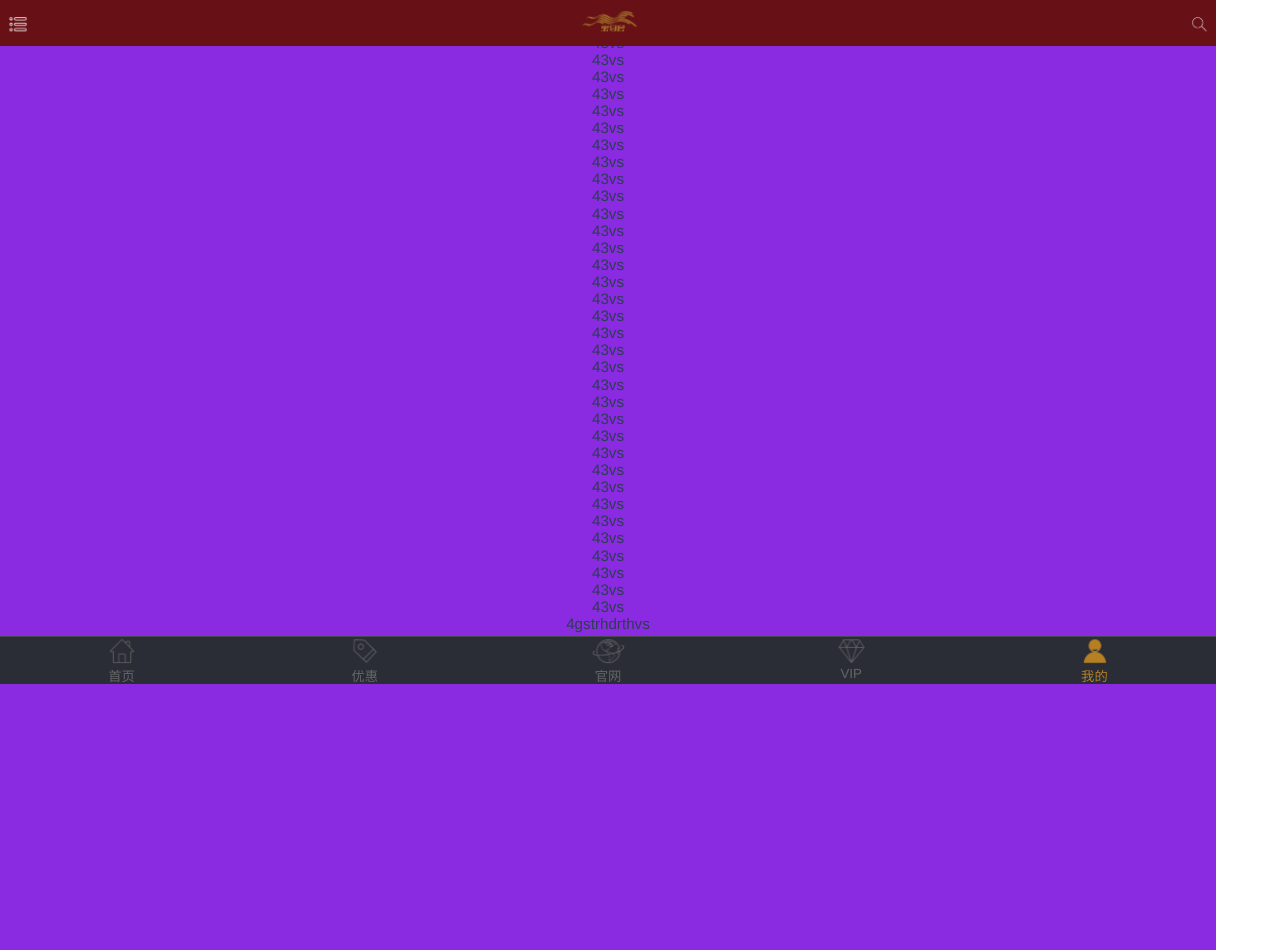
Repository: ada6688/IntegralMall
Page: /Member
The author's editor kept a copy of each file at every save. The page is drawn from the files as they stood at one save, then again after the next save.
The browser window is 1280 px wide. The page is 1280 px wide, then 1331 px, so the pictures cover 1331 px, including what lies to the right of the window. The pictures show the whole page, at 95% of full size.
The project was rebuilt for these pictures with package versions that can differ from the ones it lists, and the page was loaded fresh each time. Also part of the build but not shown: src/components/page/notice.vue, src/components/page/shouye.vue, src/components/page/Vip.vue, src/components/page/Youhui.vue, src/router/index.js.

Above is the page before, as saved 2020-01-04 19:22:50.

### index.html
<!DOCTYPE html>
<html>
  <head>
    <meta charset="utf-8">
    <meta name="viewport" content="width=device-width,initial-scale=1.0">
    <title>integralmall</title>
  </head>
  <body>
    <div id="app"></div>
    <!-- built files will be auto injected -->
  </body>
</html>

### src/main.js
// The Vue build version to load with the `import` command
// (runtime-only or standalone) has been set in webpack.base.conf with an alias.
import Vue from 'vue'
import App from './App'
import router from './router'
import ElementUI from 'element-ui'
import 'element-ui/lib/theme-chalk/index.css'
import {Cell, CellGroup, Tabbar, TabbarItem, PullRefresh, Stepper, Tab, Tabs, Button, Row, Col, Swipe, SwipeItem, Lazyload, List, Field, NavBar} from 'vant'
import '../src/assets/css/common.css'
import '../src/assets/css/index.css'
import 'swiper/dist/css/swiper.css'
import VueAwesomeSwiper from 'vue-awesome-swiper'
// import BScroll from 'better-scroll'

// Vue.use(BScroll)
Vue.use(VueAwesomeSwiper)
Vue.use(ElementUI)
Vue.use(Cell).use(CellGroup).use(Tabbar).use(TabbarItem).use(Stepper).use(PullRefresh).use(Tab).use(Tabs).use(Field).use(NavBar).use(Button).use(Row).use(Col).use(Swipe).use(SwipeItem).use(Lazyload).use(List)

Vue.config.productionTip = false

/* eslint-disable no-new */
new Vue({
  el: '#app',
  router,
  components: {
    App
  },
  template: '<App/>'
})
router.beforeEach((to, from, next) => {
  let str = '<p>个人中心</p>'
  if (to.meta.title) {
    document.getElementById('top-logo-change').innerHTML = to.meta.title
    if (to.meta.title === str) {
      document.getElementById('top-nav-right').innerHTML = '<img src="/static/topnav/kf.png" alt="搜索">'
    } else {
      document.getElementById('top-nav-right').innerHTML = '<img src="/static/topnav/ss.png" alt="搜索">'
    }
    // document.title = to.meta.title
  }
  next()
})

### src/App.vue
<template>
  <div id="app">
    <TopNav></TopNav>
    <router-view/>
    <BottomNav></BottomNav>
  </div>
</template>

<script>
import BottomNav from '@/components/common/Bottomnav'
import TopNav from '@/components/common/Topnav'
export default {
  name: 'App',
  components: {
    BottomNav,
    TopNav
  }
}
</script>

<style>
#app {
  font-family: 'Avenir', Helvetica, Arial, sans-serif;
  -webkit-font-smoothing: antialiased;
  -moz-osx-font-smoothing: grayscale;
  text-align: center;
  color: #2c3e50;
  background: #151515;
  height: 100vh;
}
</style>

### src/assets/css/common.css
body,p,ul{
  margin: 0;
  padding: 0;
}
li{
  list-style: none;
}
/* 顶部栏 */
.top-nav{
  width: 100%;
  height: 3rem;
  line-height: 3.5rem;
  background-color: #671116;
  position: fixed;
  top: 0;
  z-index: 99;
}
.top-nav-logo{
  color: #B58024;
}
.top-nav > div{
  display: inline-block;
  height: 100%;
}
.top-nav-left{
  float: left;
  margin-left: 10px;
}
.top-nav-right{
  float: right;
  margin-right: 10px;
}
.banner-item > img{
  width: 100%;
}
.swiper-container{
  height: 7.28rem;
}
.top-nav-t{
  color: #B58024;
}
/* 每个一级页面共有class */
.main-wrap{
  margin-top: 3rem;
  margin-bottom: 3.125rem;
  background: #151515;
}
/* 公告 */
.Notice-sign{
  width: 2rem;
  height: 100%;
  background: url('../images/topnav/lb.png') center no-repeat;
  float: left;
  box-shadow: 1px 0px 5px rgba(0,0,0,0.8);
}
.Notice-textBox {
  width: 100%;
  height: 1.3rem;
  line-height: 1.3rem;
  font-size: .5rem;
  color: #999999;
  background: #2A2D36;
  overflow: hidden;
  position: relative;
  text-align: left;
  z-index: 9;
}
.Notice-text {
  width: 100%;
  padding-left: 42px;
  position: absolute;
  bottom: 0;
}
.slide-enter-active, .slide-leave-active {
  transition: all 0.5s linear;
}
.slide-enter{
  transform: translateY(20px) scale(1);
  opacity: 1;
}
.slide-leave-to {
  transform: translateY(-20px) scale(0.8);
  opacity: 0;
}
/* 底部导航 */
.bottom-tab{
  width:100%;
  height:3.125rem;
  background-color:#2A2D36;
  border-top: 1px solid #656666;
  position: fixed;
  left:0px;
  bottom:0px;
}
.tab-item{
  width: 20%;
  float: left;
  align-items:center;
  justify-content:center;
  font-size:14px;
  color:#666;
  z-index: 999;
}
.NavSigh{
    width:33px;
    margin-top:3px;
}
.on{
  color:#b58023;
}

### src/assets/css/index.css
/****************** 首页商品 *****************/
.products-item{
  width: 46.9%;
  height: 100px;
  padding-right: 2.9%;
  border-right: 1px solid #161616;
  border-bottom: 1px solid #161616;
  background: #292C35;
  float: left;
}
.products-item-even{
  width: 46.9%;
  height: 100px;
  border-bottom: 1px solid #161616;
  background: #292C35;
  padding-left: 2.9%;
  float: left;
}
.product-item-text{
  width: 50%;
  height: 70px;
  color: #ffffff;
  margin-top: 15px;
  float: left;
  text-align: left;
}
.product-item-text p{
  height: 43px;
  font-size: 15px;
  margin-bottom: 5px;
  display: -webkit-box;/*作为弹性伸缩盒子模型显示*/
  -webkit-line-clamp: 2; /*显示的行数；如果要设置2行加...则设置为2*/
  overflow: hidden; /*超出的文本隐藏*/
  text-overflow: ellipsis; /* 溢出用省略号*/
  -webkit-box-orient: vertical;
}
.product-item-text span{
  color: #B58024;
  font-size: 13px;
}
.product-item-img{
  width: 12%;
  height: 100px;
  display: table-cell;
  vertical-align: middle;
  /* float: left; */
}
.product-item-img img{
  max-width: 100%;
}
/******************* 优惠 *******************/
.yh-wrap div{
  padding: 1rem 1rem 0 1rem;
}
.yh-wrap img{
  width: 100%;
}
/******************* VIP *******************/
.level-welfare-wrap, .level-require-wrap{
  padding-bottom: 20px;
}
.VipTop-level-sign{
  display: inline-block;
}
.VipTop-level-text{
  position: absolute;
  bottom: -5px;
}
.vip-level-wrap ul li{
  float: left;
  width: 33.33%;
  height: 79px;
}
.vip-level-wrap ul div{
  width: 34px;
  height: 34px;
  border: 1px solid #CCCCCC;
  border-radius: 17px;
  margin-bottom: 9px;
  display: inline-block;
  vertical-align: middle;
}
.vip-level-wrap ul img{
  margin-top: 7px;
}
.vip-level-wrap ul li>p{
  color: #CCCCCC;
  font-size: 13px;
}
.Vip-level-T{
  color: #ffffff;
  font-size: 16px;
  font-weight: bold;
  text-align: left;
  padding: 15px 0 10px 17px;
  background: #2A2C35;
}
.Vip-level-tips{
  color: #F5BF1B;
  font-size: 13px;
  text-align: left;
  padding: 15px 20px 10px 17px;
  background: #2A2C35;
}
.level-rules-wrap{
  color: #CCCCCC;
  font-size: 12px;
  background: #2A2C35;
  text-align: left;
  padding: 15px 17px 16px 17px;
  margin-bottom: 50px;
}
.level-rules-wrap span{
  font-size: 16px;
  color: #ffffff;
  display: inline-block;
  margin-bottom: 9px;
}
.level-rules-wrap p{
  line-height: 24px;
  /* margin-top: 5px; */
}
.level-rules-wrap p:last-child{
  margin-bottom: 10px;
}
/******************* 个人中心 *******************/
.d{
  height: 1000px;
  width: 100%;
  background-color: blueviolet;
}
.member-half-circle{
  width: 111%;
  height: 31%;
  border-radius: 50%;
  position: fixed;
  top: -13%;
  background: #661115;
  left: -5.8%;
  z-index: -1;
}
.member-wrap{
  /* width: 100%;
  position: fixed;
  top: 14%; */
}
.member-img > img{
  width: 7vh;
  height: 7vh;
  border-radius: 100%;
  border: 2px solid #CCCCCC;
}
.member-name{
  color: #ffffff;
  font-size: 16px;
  position: relative;
}
.member-name img{
  position: absolute;
  margin-left: 5px;
  bottom: 8px;
}
.member-level-sign{
  margin: 8px 0 10px 0;
}
.member-integral{
  text-align: center;
}
.member-integral-slice{
  display: inline-block;
  color: #666666;
  margin: 0 15px;
}
.member-integral span{
  font-size: 13px;
  color: #ffffff;
}
.member-integral p{
  font-size: 13px;
  color: #666666;
  display: inline-block;
}
.member-total{
  width: 42%;
  display: inline-block;
  text-align: right;
}
.member-useful{
  width: 42%;
  display: inline-block;
  text-align: left;
}
.member-signIn{
  background: #2A2C35;
  padding: 15px 1rem 1rem 1rem;
  margin: 16px 0;
}
.member-signIn-status-1{
  width: 12%;
  text-align: left;
  display: inline-block;
}
.member-signIn-in{
  color: #666666;
  font-size: 12px;
  margin-bottom: 5px;
}
.member-signIn-date{
  color: #999899;
  font-size: 13px;
  margin-top: 5px;
}
.member-signIn-date-active{
  color: #B58024;
  font-size: 13px;
  margin-top: 5px;
}
.el-icon-success{
  color: #34363D;
}
.member-signIn-line{
  width: 84%;
  height: 3px;
  display: inline-block;
  background: #34363D;
  margin: 0 -34px 3px -6px;
}
.member-signIn-icon-active{
  color: #B58024 !important;
}
.member-signIn-active{
  background: #B58024 !important;
}
.member-signIn-tips{
  font-size: 12px;
  text-align-last: justify;
  padding: 0 5%;
  margin-top: 10px;
}
.member-signIn-tips p{
  display: inline-block;
}
.member-signIn-tips p:first-child{
  color: #666666;
}
.member-signIn-tips p:last-child{
  color: #B58024;
}
.member-signIn-button{
  width:200px;
  height:26px;
  line-height: 26px;
  color: #ffffff;
  font-size: 15px;
  margin: 0 auto;
  background:linear-gradient(0deg,rgba(181,128,36,1) 26%,rgba(231,174,75,1) 100%);
  margin-top: 10px;
}
.member-more-detail{
  width: 96%;
  line-height: 44px;
  color: #ffffff;
  background: #2A2C35;
  padding: 0 4%;
}
.member-jifen,.member-duihuan,.member-guanyu,.member-yiwen,.member-guize{
  height: 44px;
  border-bottom: 1px solid #373B45;
}
.member-jifen-T{
  font-size: 14px;
  float: left;
  margin-right: 66%;
}
.el-icon-arrow-right{
  width: 7px;
  height: 7px;
  position: absolute;
  right: 20px;
  margin-top: 12px;
}

### src/components/common/Bottomnav.vue
<template>
  <div class="bottom-tab">
    <div class="tab-item" @click="switchTo('/shouye')">
      <img class="NavSigh" :src="'/shouye' === $route.path ? tabBarImgArr[0].selected : tabBarImgArr[0].normal" alt="首页">
      <p :class="{on: '/shouye' === $route.path}">首页</p>
    </div>
    <div class="tab-item" @click="switchTo('/Youhui')">
      <img class="NavSigh" :src="'/Youhui' === $route.path ? tabBarImgArr[1].selected : tabBarImgArr[1].normal" alt="推荐">
      <p :class="{on: '/Youhui' === $route.path}">优惠</p>
    </div>
    <div class="tab-item">
      <img class="NavSigh" :src="'/' === $route.path ? tabBarImgArr[2].selected : tabBarImgArr[2].normal" alt="搜索">
      <p :class="{on: '/' === $route.path}">官网</p>
    </div>
    <div class="tab-item" @click="switchTo('/Vip')">
      <img class="NavSigh" :src="'/Vip' === $route.path ? tabBarImgArr[3].selected : tabBarImgArr[3].normal" alt="聊天">
      <p :class="{on: '/Vip' === $route.path}">VIP</p>
    </div>
    <div class="tab-item" @click="switchTo('/Member')">
      <img class="NavSigh" :src="'/Member' === $route.path ? tabBarImgArr[4].selected : tabBarImgArr[4].normal" alt="我的">
      <p :class="{on: '/Member' === $route.path}">我的</p>
    </div>
  </div>
</template>
<script>
export default {
  data () {
    return {
      tabBarImgArr: [
        {normal: require('../../assets/images/navLogo/sy_x.png'), selected: require('../../assets/images/navLogo/sy.png')},
        {normal: require('../../assets/images/navLogo/yh_x.png'), selected: require('../../assets/images/navLogo/yh.png')},
        {normal: require('../../assets/images/navLogo/gw_x.png'), selected: require('../../assets/images/navLogo/gw.png')},
        {normal: require('../../assets/images/navLogo/zs_x.png'), selected: require('../../assets/images/navLogo/zs.png')},
        {normal: require('../../assets/images/navLogo/wd_x.png'), selected: require('../../assets/images/navLogo/wd.png')}
      ]
    }
  },
  methods: {
    switchTo (path) {
      this.$router.replace(path)
    }
  }
}
</script>
<style>

</style>

### src/components/common/Topnav.vue
<template>
  <div class="top-nav">
    <div class="top-nav-left">
      <img src="../../assets/images/topnav/cd.png" alt="菜单">
    </div>
    <div id="top-logo-change" class="top-nav-logo">
      <img src="../../assets/images/topnav/logo.png" alt="logo">
    </div>
    <div id="top-nav-right" class="top-nav-right">
      <img src="../../assets/images/topnav/ss.png" alt="搜索">
    </div>
  </div>
</template>
<script>
export default {
  data () {
    return {
      tabBarImgArr: [
        {normal: require('../../assets/images/topnav/logo.png')},
        {normal: require('../../assets/images/topnav/ss.png')},
        {normal: require('../../assets/images/topnav/cd.png')}
      ]
    }
  }
}
</script>
<style>

</style>

### src/components/page/Member.vue
<template>
  <div class="d">
    <div>43vs</div>
    <div>43vs</div>
    <div>43vs</div>
    <div>43vs</div>
    <div>43vs</div>
    <div>43vs</div>
    <div>43vs</div>
    <div>43vs</div>
    <div>43vs</div>
    <div>43vs</div>
    <div>43vs</div>
    <div>43vs</div>
    <div>43vs</div>
    <div>43vs</div>
    <div>43vs</div>
    <div>43vs</div>
    <div>43vs</div>
    <div>43vs</div>
    <div>43vs</div>
    <div>43vs</div>
    <div>43vs</div>
    <div>43vs</div>
    <div>43vs</div>
    <div>43vs</div>
    <div>43vs</div>
    <div>43vs</div>
    <div>43vs</div>
    <div>43vs</div>
    <div>43vs</div>
    <div>43vs</div>
    <div>43vs</div>
    <div>43vs</div>
    <div>43vs</div>
    <div>43vs</div>
    <div>43vs</div>
    <div>43vs</div>
    <div>4gstrhdrthvs</div>
  </div>
</template>
<script>
export default {
  name: 'App',
  components: {
  },
  data () {
    return {
      active: 0
    }
  }
}
</script>
<style>

</style>

After the next save:
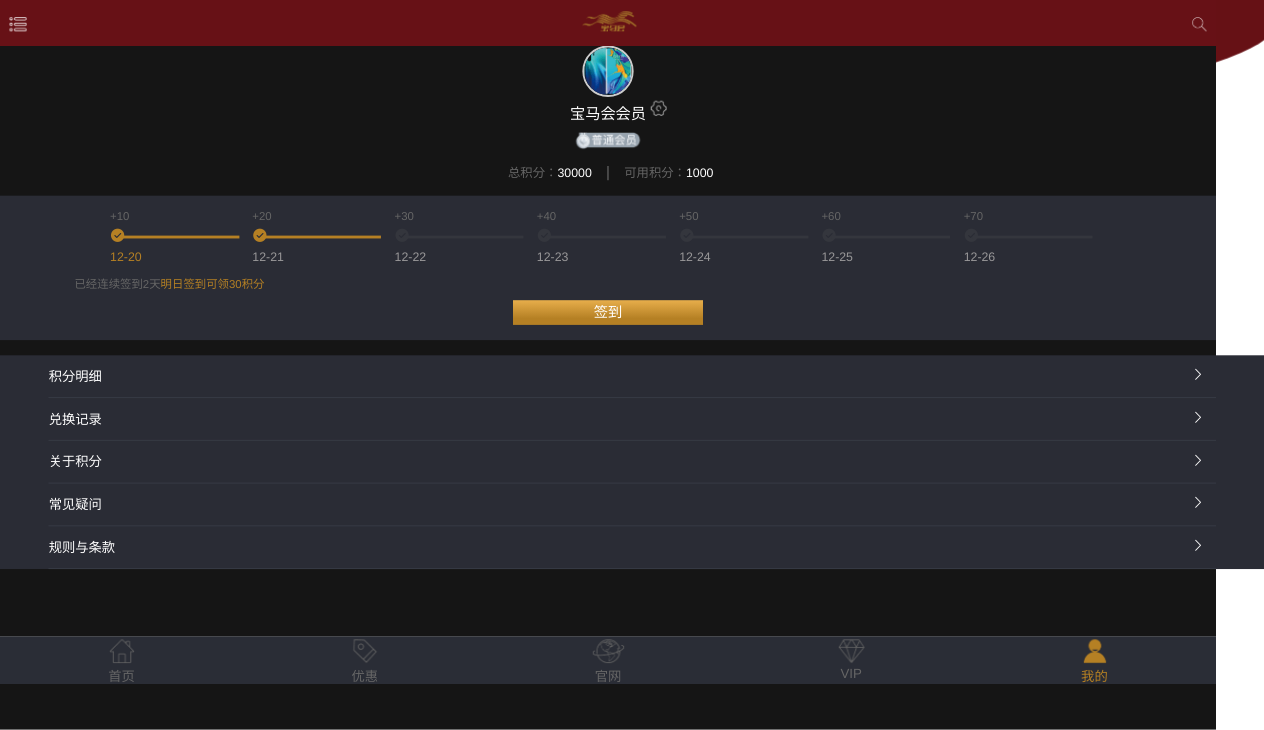
Saved 24 s later.
--- a/src/components/page/Member.vue
+++ b/src/components/page/Member.vue
@@ -1,42 +1,112 @@
 <template>
-  <div class="d">
-    <div>43vs</div>
-    <div>43vs</div>
-    <div>43vs</div>
-    <div>43vs</div>
-    <div>43vs</div>
-    <div>43vs</div>
-    <div>43vs</div>
-    <div>43vs</div>
-    <div>43vs</div>
-    <div>43vs</div>
-    <div>43vs</div>
-    <div>43vs</div>
-    <div>43vs</div>
-    <div>43vs</div>
-    <div>43vs</div>
-    <div>43vs</div>
-    <div>43vs</div>
-    <div>43vs</div>
-    <div>43vs</div>
-    <div>43vs</div>
-    <div>43vs</div>
-    <div>43vs</div>
-    <div>43vs</div>
-    <div>43vs</div>
-    <div>43vs</div>
-    <div>43vs</div>
-    <div>43vs</div>
-    <div>43vs</div>
-    <div>43vs</div>
-    <div>43vs</div>
-    <div>43vs</div>
-    <div>43vs</div>
-    <div>43vs</div>
-    <div>43vs</div>
-    <div>43vs</div>
-    <div>43vs</div>
-    <div>4gstrhdrthvs</div>
+  <div class="main-wrap">
+    <div class="member-wrap">
+    <div class="member-half-circle"></div>
+      <!-- 会员信息 -->
+      <div class="member-person-info">
+        <!-- 会员头像 -->
+        <div class="member-img">
+          <img src="../../assets/images/products/hw.png" alt="">
+        </div>
+        <!-- 会员名称与设置图标 -->
+        <p class="member-name">
+          <span>宝马会会员</span>
+          <img src="../../assets/images/member/sz.png" alt="">
+        </p>
+        <!-- 会员等级图标 -->
+        <div class="member-level-sign">
+          <img src="../../assets/images/member/pt.png" alt="">
+        </div>
+        <div class="member-integral">
+          <div class="member-total">
+            <p>总积分：</p>
+            <span>30000</span>
+          </div>
+          <div class="member-integral-slice">|</div>
+          <div class="member-useful">
+            <p>可用积分：</p>
+            <span>1000</span>
+          </div>
+        </div>
+      </div>
+      <!-- 签到 -->
+      <div class="member-signIn">
+        <div class="member-signIn-status">
+          <!-- 签到进度条 -->
+          <div class="member-signIn-status-1">
+            <p class="member-signIn-in">+10</p>
+            <i class="el-icon-success member-signIn-icon-active"></i>
+            <span class="member-signIn-line member-signIn-active"></span>
+            <p class="member-signIn-date-active">12-20</p>
+          </div>
+          <div class="member-signIn-status-1">
+            <p class="member-signIn-in">+20</p>
+            <i class="el-icon-success member-signIn-icon-active"></i>
+            <span class="member-signIn-line member-signIn-active"></span>
+            <p class="member-signIn-date">12-21</p>
+          </div>
+          <div class="member-signIn-status-1">
+            <p class="member-signIn-in">+30</p>
+            <i class="el-icon-success"></i>
+            <span class="member-signIn-line"></span>
+            <p class="member-signIn-date">12-22</p>
+          </div>
+          <div class="member-signIn-status-1">
+            <p class="member-signIn-in">+40</p>
+            <i class="el-icon-success"></i>
+            <span class="member-signIn-line"></span>
+            <p class="member-signIn-date">12-23</p>
+          </div>
+          <div class="member-signIn-status-1">
+            <p class="member-signIn-in">+50</p>
+            <i class="el-icon-success"></i>
+            <span class="member-signIn-line"></span>
+            <p class="member-signIn-date">12-24</p>
+          </div>
+          <div class="member-signIn-status-1">
+            <p class="member-signIn-in">+60</p>
+            <i class="el-icon-success"></i>
+            <span class="member-signIn-line"></span>
+            <p class="member-signIn-date">12-25</p>
+          </div>
+          <div class="member-signIn-status-1">
+            <p class="member-signIn-in">+70</p>
+            <i class="el-icon-success"></i>
+            <span class="member-signIn-line"></span>
+            <p class="member-signIn-date">12-26</p>
+          </div>
+          <div class="member-signIn-tips">
+            <p>已经连续签到2天</p>
+            <p>明日签到可领30积分</p>
+          </div>
+          <!-- 签到按钮 -->
+          <div class="member-signIn-button">签到</div>
+        </div>
+      </div>
+      <!-- 积分明细，兑换记录，积分详情疑问规则等 -->
+      <div class="member-more-detail">
+        <div class="member-jifen">
+          <div  class="member-jifen-T">积分明细</div>
+          <i class="el-icon-arrow-right"></i>
+        </div>
+        <div class="member-duihuan">
+          <div  class="member-jifen-T">兑换记录</div>
+          <i class="el-icon-arrow-right"></i>
+        </div>
+        <div class="member-guanyu">
+          <div  class="member-jifen-T">关于积分</div>
+          <i class="el-icon-arrow-right"></i>
+        </div>
+        <div class="member-yiwen">
+          <div  class="member-jifen-T">常见疑问</div>
+          <i class="el-icon-arrow-right"></i>
+        </div>
+        <div class="member-guize">
+          <div  class="member-jifen-T">规则与条款</div>
+          <i class="el-icon-arrow-right"></i>
+        </div>
+      </div>
+    </div>
   </div>
 </template>
 <script>
